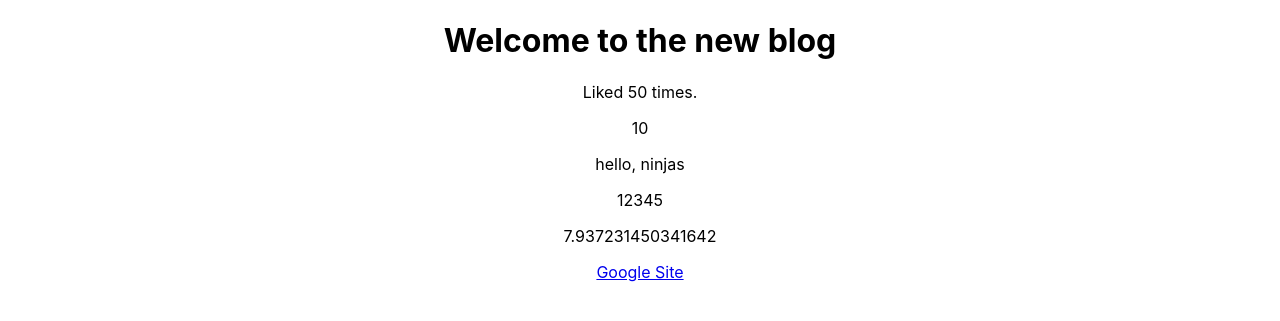
Repository: DESTINYAS/Reactjs
Page: /
An editor plug-in stored every save of this project. The page is shown before and after the next save, followed by the edit.
The browser window is 1280 px wide. The pictures show the whole page.
The project was rebuilt for these pictures with package versions that can differ from the ones it lists, and the page was loaded fresh each time.

Above is the page before, as saved 2022-11-27 19:05:43.

### src/App.js
import "./App.css";

function App() {
  const tittle = "Welcome to the new blog";
  const likes = 50;
  return (
    <div className="App">
      <div className="content">
        <h1>{tittle}</h1>
        <p>Liked {likes} times.</p>
        <p>{10}</p>
        <p>{"hello, ninjas"}</p>
        <p>{[1, 2, 3, 4, 5]}</p>
        <p>{Math.random() * 10}</p>
        <a href="http://www.google.com">Google Site</a>
      </div>
    </div>
  );
}

export default App;

Loaded but not shown: public/index.html (common file); src/index.js (common file); src/index.css (common file); src/reportWebVitals.js (common file); src/App.css (common file)

After the next save:
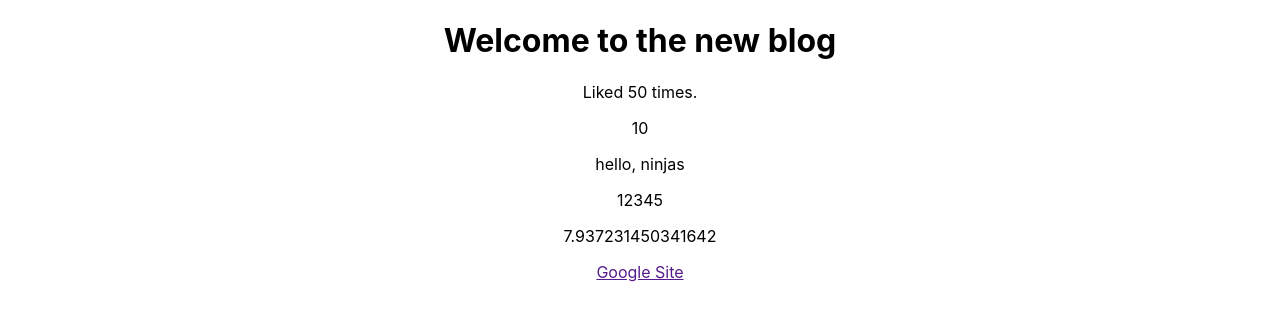
Saved 16 min 23 s later.
--- a/src/App.js
+++ b/src/App.js
@@ -3,6 +3,7 @@
 function App() {
   const tittle = "Welcome to the new blog";
   const likes = 50;
+  const link = "";
   return (
     <div className="App">
       <div className="content">
@@ -12,7 +13,7 @@
         <p>{"hello, ninjas"}</p>
         <p>{[1, 2, 3, 4, 5]}</p>
         <p>{Math.random() * 10}</p>
-        <a href="http://www.google.com">Google Site</a>
+        <a href={link}>Google Site</a>
       </div>
     </div>
   );

After the save that followed:
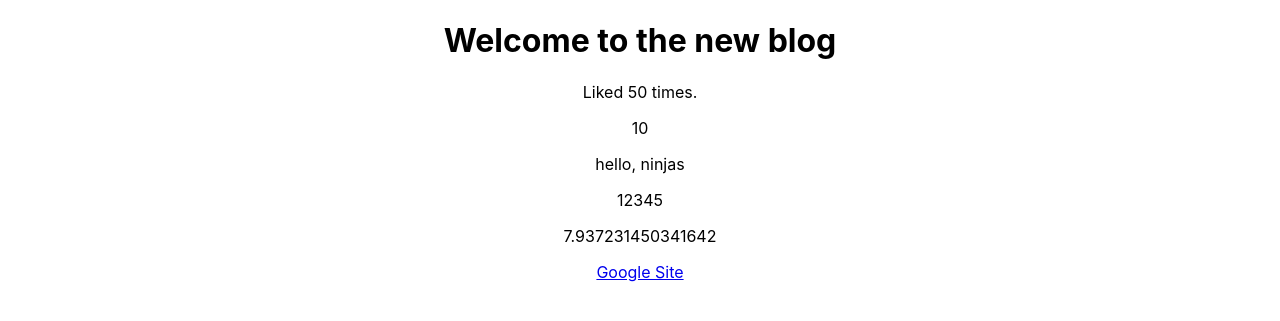
Saved 17 s later.
--- a/src/App.js
+++ b/src/App.js
@@ -3,7 +3,7 @@
 function App() {
   const tittle = "Welcome to the new blog";
   const likes = 50;
-  const link = "";
+  const link = "http://www.google.com";
   return (
     <div className="App">
       <div className="content">
